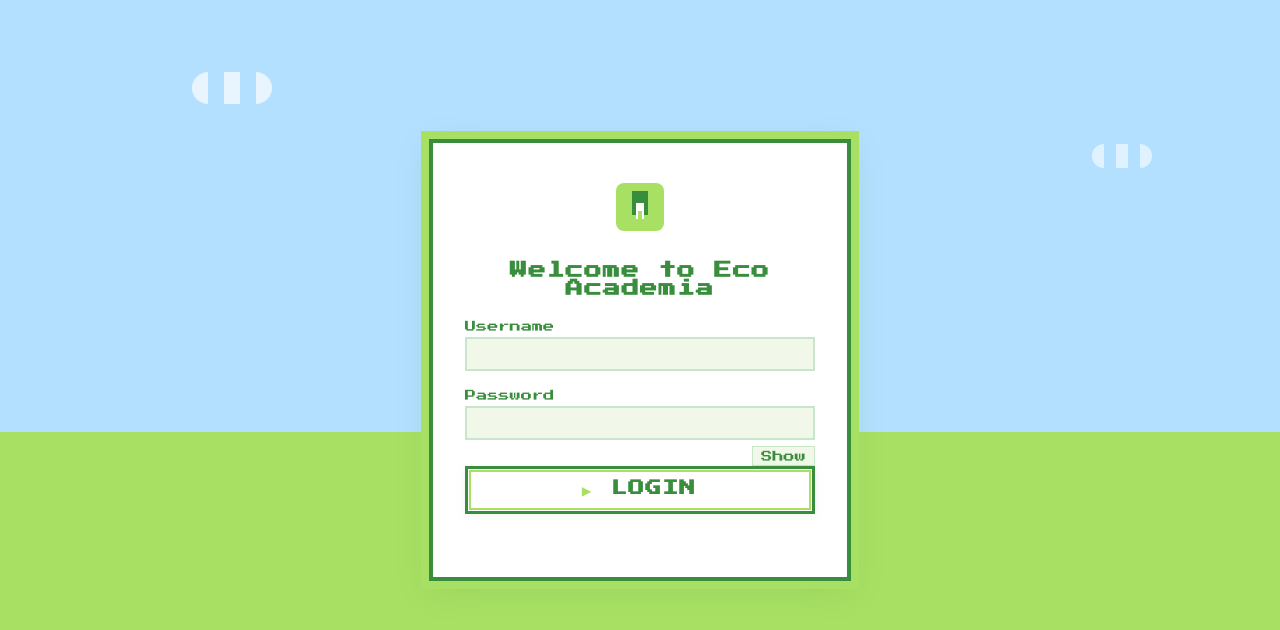
Repository: hotaruhshs/eco-academia
Page: login/index.html
The author's editor kept a copy of each file at every save. The page is drawn from the files as they stood at one save, then again after the next save.
The browser window is 1280 px wide. The pictures show the whole page.

Above is the page before, as saved 2025-07-06 01:22:37.

After the next save:
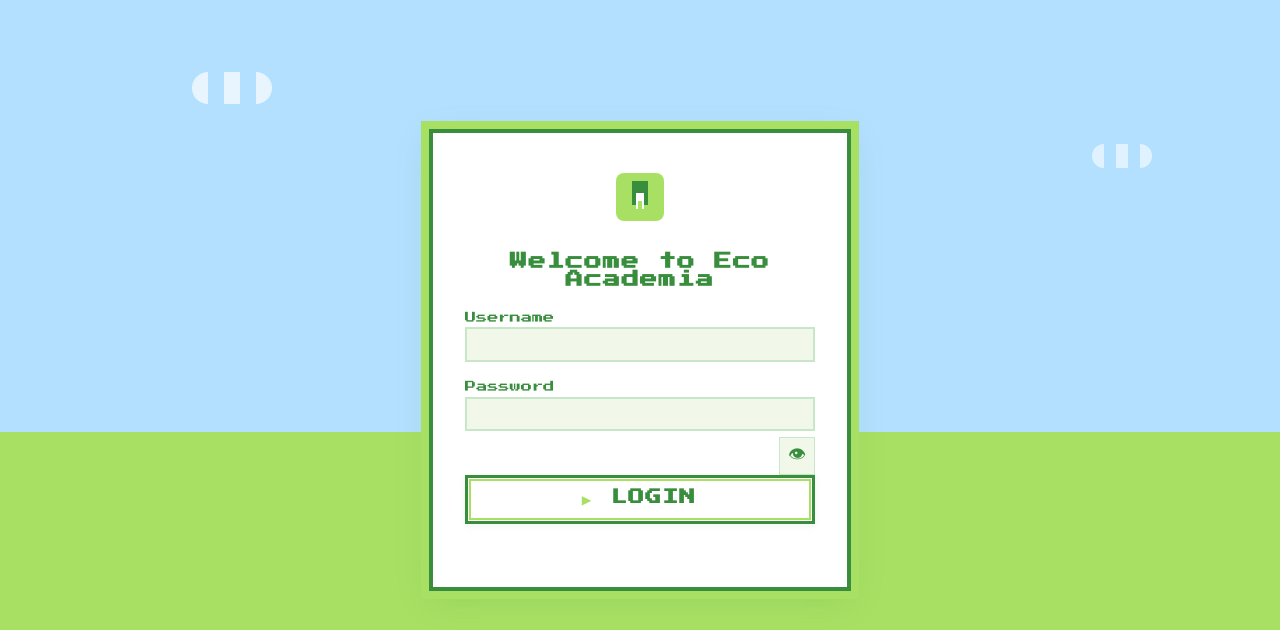
Saved 25 s later.
--- a/login/index.html
+++ b/login/index.html
@@ -36,7 +36,7 @@
               aria-label="Show password"
               style="
                 margin-top: 6px;
-                font-size: 0.7rem;
+                font-size: 1.1rem;
                 padding: 0.2rem 0.5rem;
                 float: right;
                 background: #f1f8e9;
@@ -46,7 +46,7 @@
                 font-family: 'Press Start 2P', 'Consolas', monospace;
               "
             >
-              Show
+              <span id="eyeIcon" aria-hidden="true">&#128065;</span>
             </button>
           </div>
           <button type="submit">Login</button>
